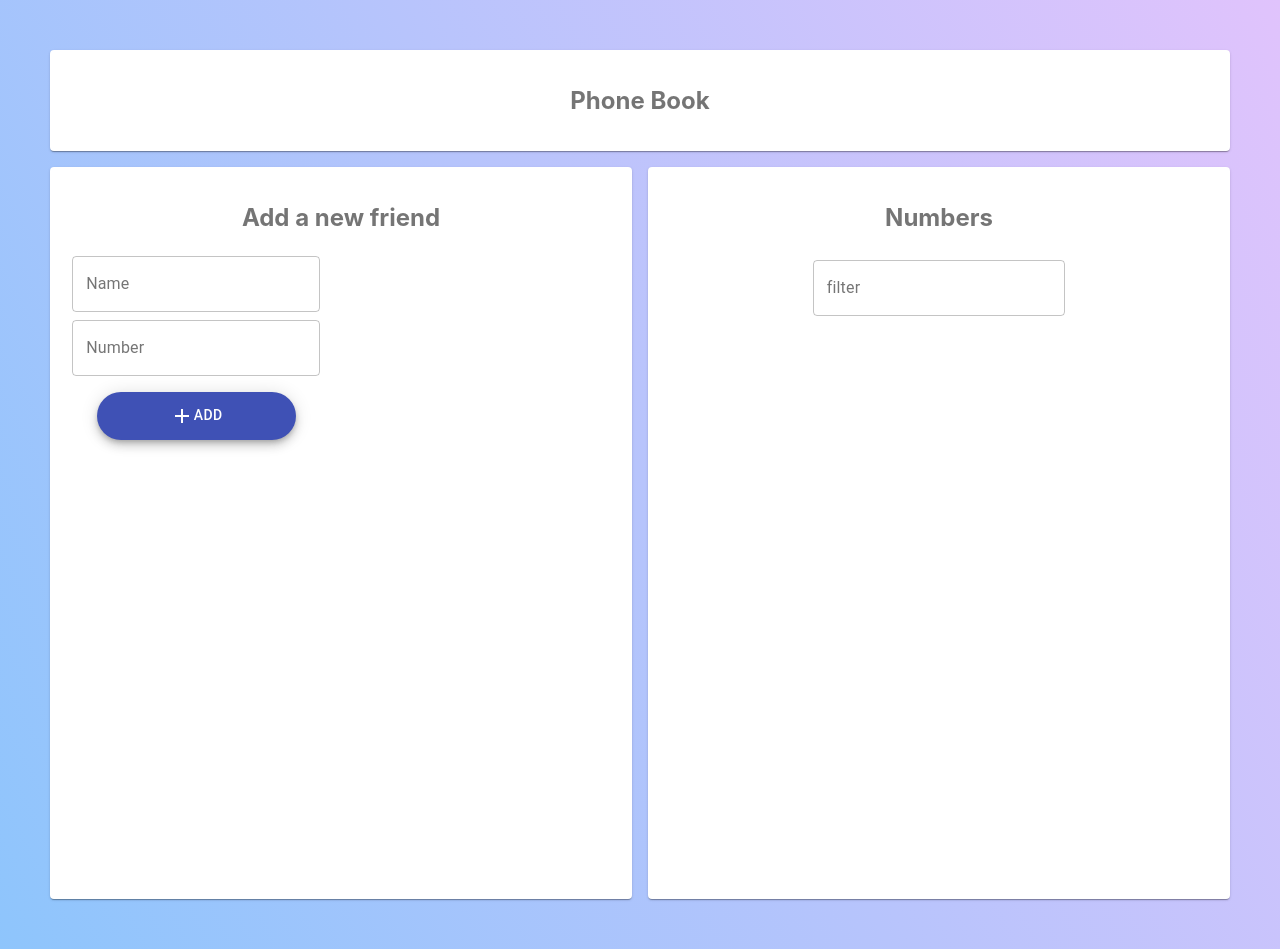
Repository: StacyLafume/phone-book
Page: / (app in phone-book/)
The author's editor kept a copy of each file at every save. The page is drawn from the files as they stood at one save, then again after the next save.
The browser window is 1280 px wide. The pictures show the whole page.
The page's requests for data from a server got no answer. The project was rebuilt for these pictures with package versions that can differ from the ones it lists, and the page was loaded fresh each time. No one was signed in, and anything a server would have sent is missing. Also part of the build but not shown: phone-book/src/PhoneBook.js.

Above is the page before, as saved 2021-04-02 02:21:59.

After the next save:
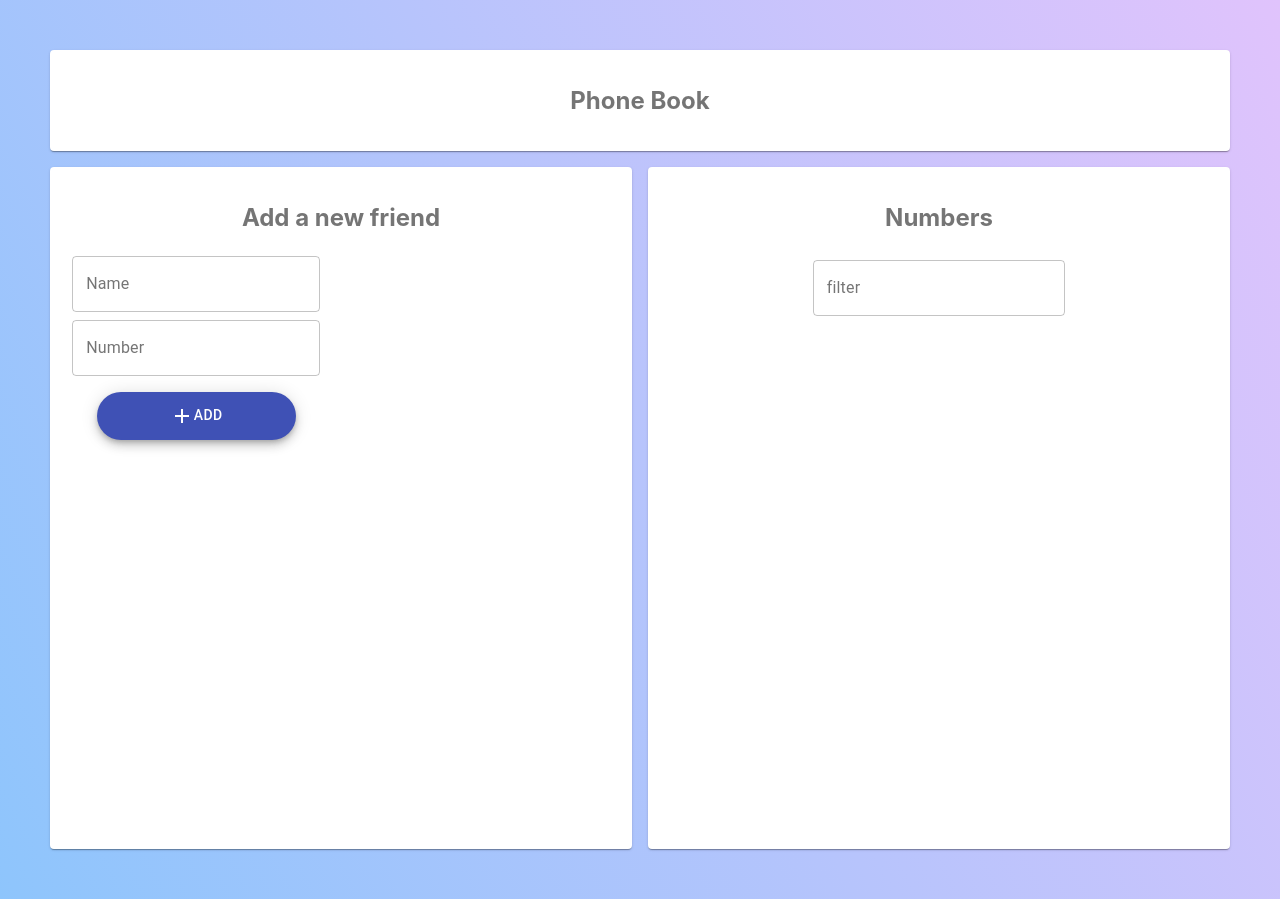
Saved 22 s later.
--- a/phone-book/src/App.js
+++ b/phone-book/src/App.js
@@ -31,7 +31,7 @@ const App = () => {
       justifyItems: 'center',
       color: theme.palette.text.secondary,
       overflow: 'auto',
-      height: 700,
+      height: 650,
 
     },
     header1: {
@@ -47,7 +47,7 @@ const App = () => {
       color: theme.palette.text.secondary,
       overflow: 'auto',
       textAlign: 'center',
-      height: 700,
+      height: 650,
       justifyContent: 'center'
 
     }
